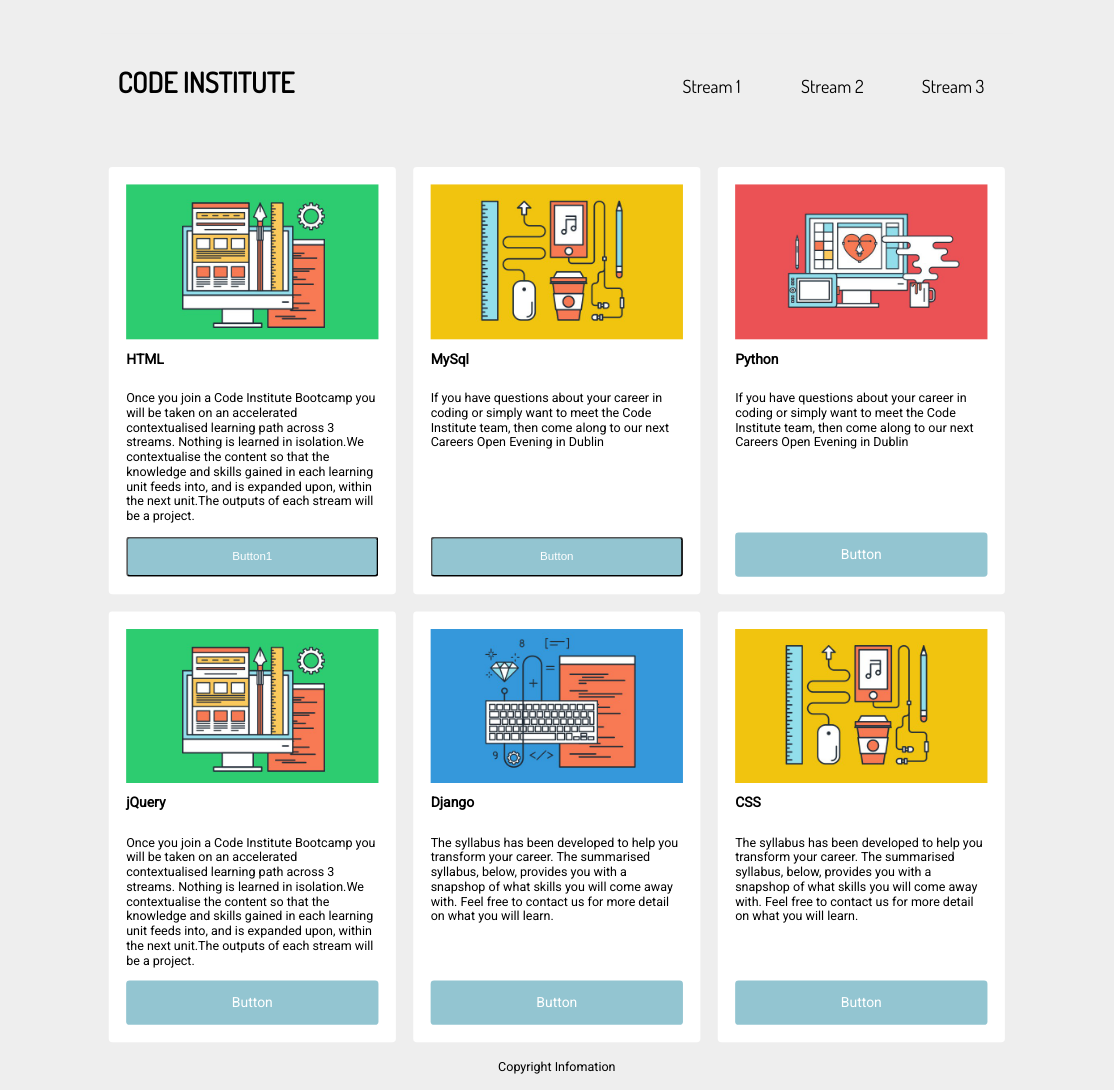
Repository: woodfordtim/jqueryevents
Page: Cards-jquery.html
The author's editor kept a record of every edit. The page is drawn from the files as they stood at one moment, then again after the next edit.
The browser window is 1280 px wide. The pictures show the whole page, at 87% of full size.

Above is the page before.
Console error: SyntaxError: missing ) after argument list

### Cards-jquery.html
<!DOCTYPE html>
<html lang="en">
<head>
	<meta charset="UTF-8">
	<meta name="viewport" content="width=device-width, initial-scale=1">
	<title>jQuery</title>
	<link href="style.css" rel="stylesheet">
	<link href='https://fonts.googleapis.com/css?family=Roboto' rel='stylesheet' type='text/css'>
	<link href='https://fonts.googleapis.com/css?family=Dosis' rel='stylesheet' type='text/css'>
</head>
<body>
	<div id="container">
		<nav>
			<ul>
				<li id="logoNav">CODE INSTITUTE</li>
				<li id="stream1_btn">Stream 1</li>
				<li id="stream2_btn">Stream 2</li>
				<li id="stream3_btn">Stream 3</li>
			</ul>
		</nav>
		<div class="card stream1">
			<img class="card_image" src="img/3.png" alt="coding icon">
			<div class="card_bottom">
				<h2 id="hr_html"class="card_head">HTML</h2>
				<p class="card_para">Once you join a Code Institute Bootcamp you will be taken on an accelerated contextualised learning path across 3 streams. Nothing is learned in isolation.We contextualise the content so that the knowledge and skills gained in each learning unit feeds into, and is expanded upon, within the next unit.The outputs of each stream will be a project. </p>
				<button class="bottom_button" id="button_effects1">Button1</button>
			</div>
		</div>
		<div class="card stream3">
			<img class="card_image" src="img/1.png" alt="coding icon">
			<h2 id="hr_mysql"class="card_head">MySql</h2>
			<p class="card_para">If you have questions about your career in coding or simply want to meet the Code Institute team, then come along to our next Careers Open Evening in Dublin</p>
			<button class="bottom_button">Button</button>
		</div>

		<div class="card stream2">
			<img class="card_image" src="img/2.png" alt="coding icon">
			<h2 id="hr_python"class="card_head">Python</h2>
			<p class="card_para">If you have questions about your career in coding or simply want to meet the Code Institute team, then come along to our next Careers Open Evening in Dublin</p>
			<a href="" class="bottom_button">Button</a>
		</div>
		<div class="card stream1">
			<img class="card_image" src="img/3.png" alt="coding icon">
			<div class="card_bottom">
				<h2 id="hr_jquery"class="card_head">jQuery</h2>
				<p class="card_para">Once you join a Code Institute Bootcamp you will be taken on an accelerated contextualised learning path across 3 streams. Nothing is learned in isolation.We contextualise the content so that the knowledge and skills gained in each learning unit feeds into, and is expanded upon, within the next unit.The outputs of each stream will be a project. </p>
				<a href="" class="bottom_button">Button</a>
			</div>
		</div>
		<div class="card stream3">
			<img class="card_image" src="img/4.png" alt="coding icon">
			<h2 id="hr_django"class="card_head">Django</h2>
			<p class="card_para">The syllabus has been developed to help you transform your career. The summarised syllabus, below, provides you with a snapshop of what skills you will come away with. Feel free to contact us for more detail on what you will learn.</p>
			<a href="" class="bottom_button">Button</a>
		</div>
		<div class="card stream1">
			<img class="card_image" src="img/1.png" alt="coding icon">
			<h2 id="hr_css"class="card_head">CSS</h2>
			<p class="card_para">The syllabus has been developed to help you transform your career. The summarised syllabus, below, provides you with a snapshop of what skills you will come away with. Feel free to contact us for more detail on what you will learn.</p>
			<a href="" class="bottom_button">Button</a>
		</div>
		<div id="my_footer">
			<p id="copyright">Copyright Infomation</p>
		</div>
	</div>
	<script src="https://code.jquery.com/jquery-3.4.1.js" integrity="sha256-WpOohJOqMqqyKL9FccASB9O0KwACQJpFTUBLTYOVvVU=" crossorigin="anonymous"></script>
	<script src="script.js"></script> <!-- Scripts located at the bottom of the body to insure page is fully loaded before execution -->

</body>
</html>

### style.css
body{
	font-family: 'Roboto', sans-serif;
	/*background-image: url(img/code-institute.jpg);
 	background-size: cover;
 	color: #ffffff;*/
 	background-color: #eee;
}

h1{
	font-size: 3em;
	text-align: center;
}
h2{
	font-size: 1em;
	text-align: left;
}
p{
	font-size: .9rem;
}

div{
	border-radius: 4px;
}

.card_image{
	width: 100%;
}
.bottom_button{
	display: flex;
	box-sizing:border-box;
	border-radius: 4px;
	display: block;
	width: 100%;
	background-color:rgba(129, 187, 201,.85);
	text-align: center;
	padding: 1em .75em;
	text-decoration: none;
	color: #fff;

}

.card_bottom{
	display: flex;
	flex-flow:column;
}
.card_head{
	flex:0;
}
.card_para{
	flex:1 0 auto;
}

#container
{
	display: flex;		/* makes container a flexbox*/
	flex-flow: row wrap; 	/* layout the boxes in rows and wrap them*/
	box-sizing:border-box;
	margin-right:auto;
	margin-left:auto;
	max-width:1050px;
}
#logo{
	width: 800px;
	margin: auto;
}

.card{
	flex:1; /* */
	display: flex;	/* make the contents controllable by flexbox*/
	flex-flow:column;	/* */
	min-width: 240px; /**/
	margin: 10px;
	padding: 20px;
	background-color: #fff;
}

.highlight_text{
	background-color: #c62828;
}

.h2_color{
	background-color: lightblue;
}

.h2_font-size{
	font-size: 2em;
}

.highlight_stream{
	background-color: #EB5255;
}

.h2_font_size{
	font-size: 200%;
}

#my_footer{
	width:100%;
	text-align: center;
}
#copyright{
	margin-top:10px;
	margin-bottom:10px;

}

/*************************
Navigation

**************************/

nav{
	font-family: roboto;
	background-color: #eee;
	margin: 30px auto;
	width: 100%;
}
ul{
	display: flex;
	justify-content:space-between;
	flex-flow: row;
	/*flex-flow: row-reverse;*/
	/*justify-content:flex-end;*/
	/*justify-content:space-around;*/
	/*align-items:flex-start;*/
	align-items:baseline;
	border-radius: 10px;
	list-style-type: none; /*Remove Bullets*/
	padding: 0;
}
li{
	flex:1;
	height: 30px;
	/*width:10%;*/
	/*border:2px solid #000;*/
	/*background-color: #81BBC9;*/
	/*border-radius: 10px;*/
	font-family: Dosis;
	padding:20px 20px 20px 20px;
	text-align: center;
	font-size: 1.3em;
}

#logoNav{
	flex:6;
	text-align: left;
	font-size: 2em;
	font-weight: bold;
}

.underline{
  text-decoration:underline;
}
.border{
  border: solid 5px #ccc;
}


@media screen and (max-width: 700px){
	ul{
		flex-flow: column;
		align-items:center;
	}
	li{
		font-size: 2em;
	}
}

### script.js
$(document).ready(function() {

	$("#button_effects1").click(function(){
		$("#button_effects1").hide("medium");
	}
});

After the next edit:
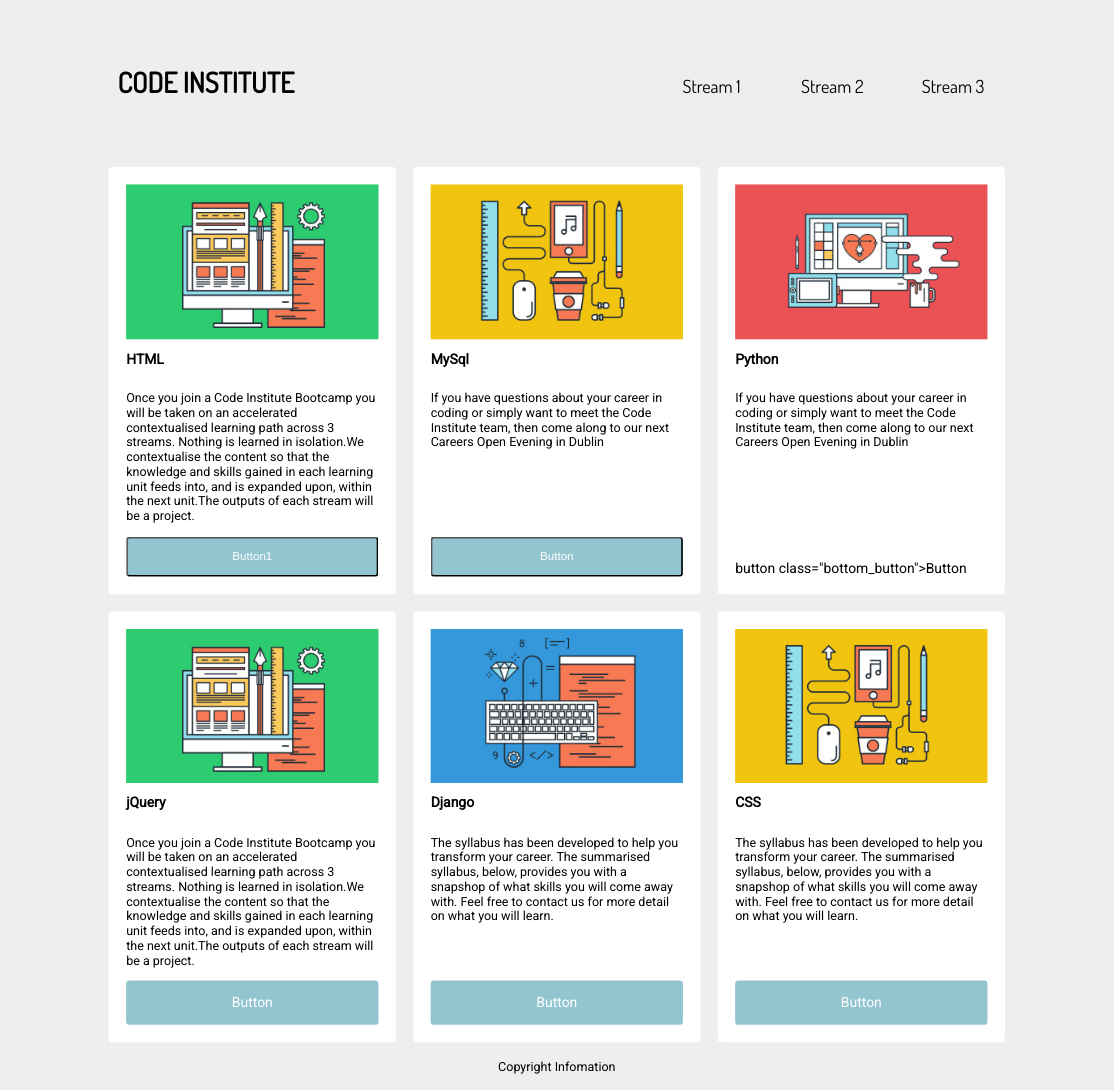
The edit:
--- a/Cards-jquery.html
+++ b/Cards-jquery.html
@@ -37,7 +37,7 @@
 			<img class="card_image" src="img/2.png" alt="coding icon">
 			<h2 id="hr_python"class="card_head">Python</h2>
 			<p class="card_para">If you have questions about your career in coding or simply want to meet the Code Institute team, then come along to our next Careers Open Evening in Dublin</p>
-			<a href="" class="bottom_button">Button</a>
+			button class="bottom_button">Button</button>
 		</div>
 		<div class="card stream1">
 			<img class="card_image" src="img/3.png" alt="coding icon">
